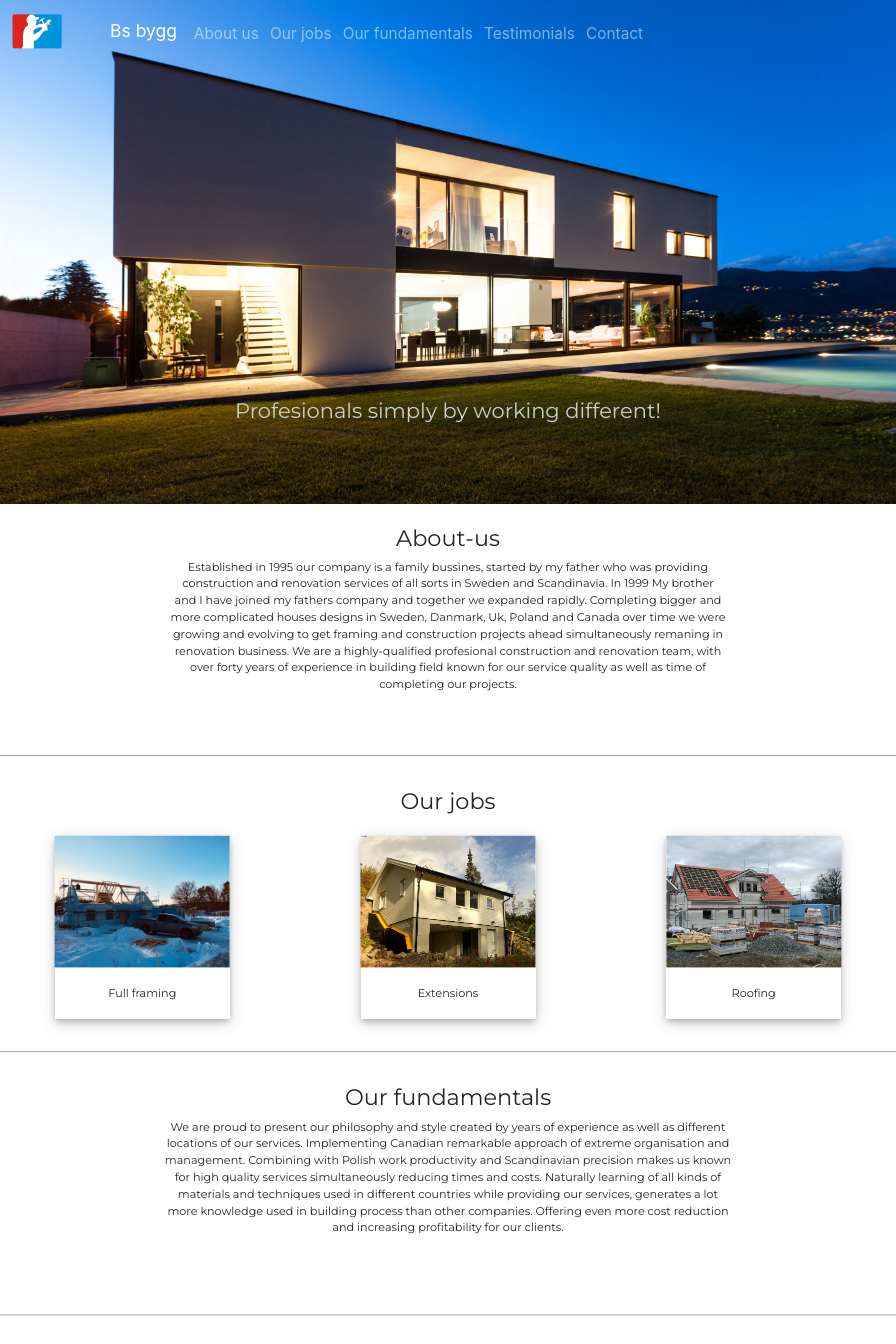
Repository: Bartie1982/milestone-project-1
Page: index.html
The author's editor kept a record of every edit. The page is drawn from the files as they stood at one moment, then again after the next edit.
The browser window is 1280 px wide. The pictures show the part of the page from y = 0 to 1920 px (the page is 2776 px tall), at 70% of full size.

Above is the page before.

After the next edit:
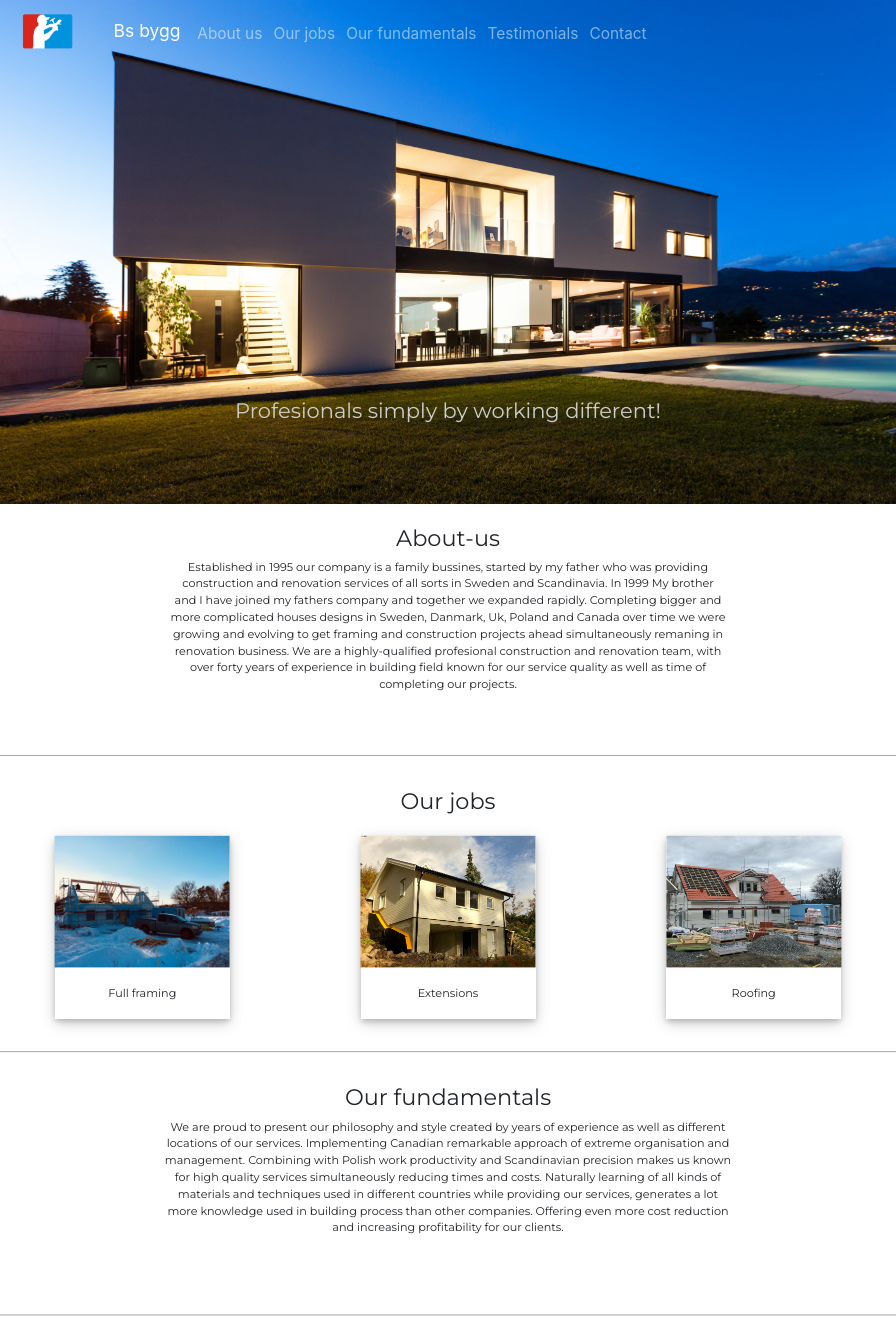
The edit:
--- a/assets/css/style.css
+++ b/assets/css/style.css
@@ -33,7 +33,7 @@
     min-height: 20px;
     height: 50px;
     margin-top: 20px;
-    margin-right: 10px;
+    margin-left: 15px;
 
 }
 
